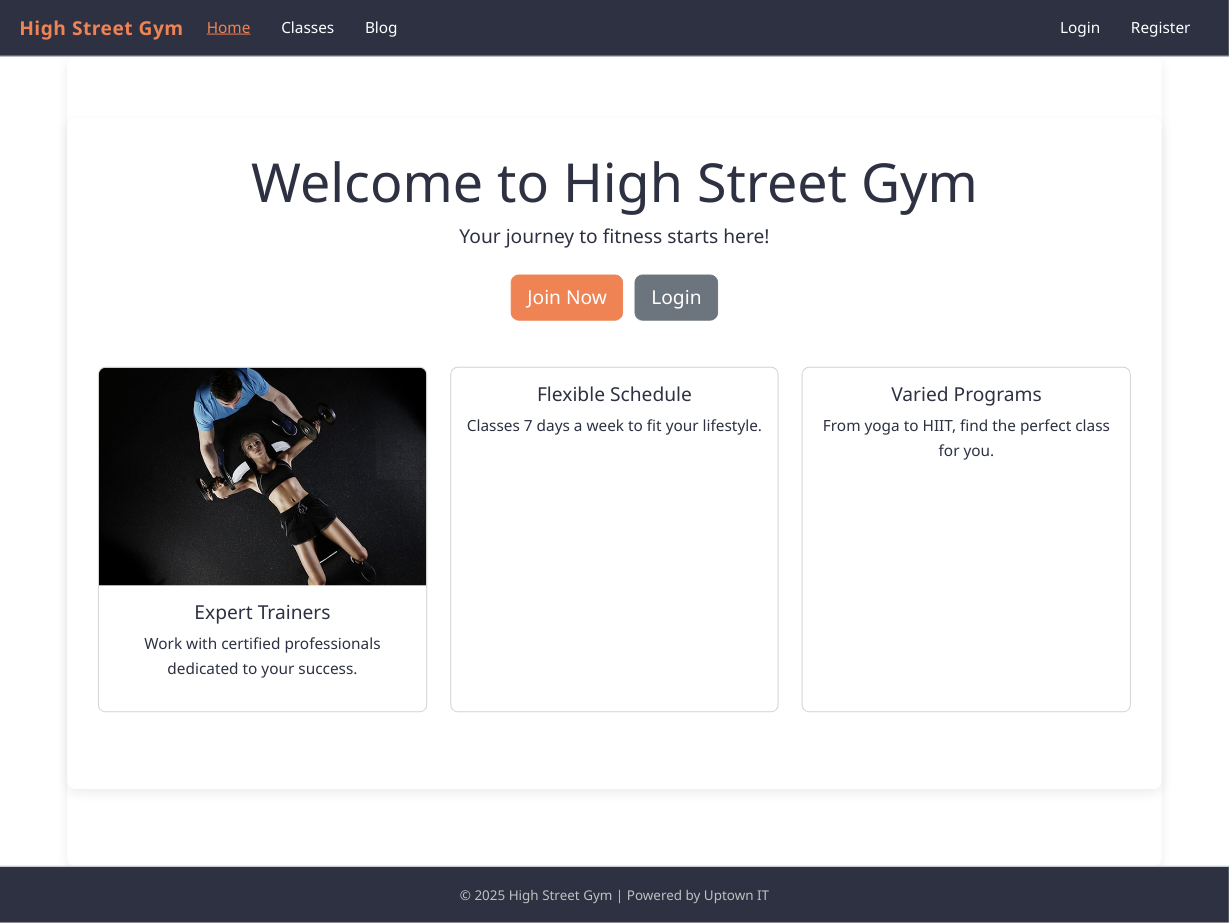
Repository: HBDSolutions/highstreetgym
Page: http://localhost/highstreetgym/controllers/content/home_controller.php
The author's editor kept a copy of each file at every save. The page is drawn from the files as they stood at one save, then again after the next save.
The browser window is 1280 px wide. The pictures show the whole page, at 96% of full size.
The page is run by PHP 8.4 with error messages shown; the project is at /var/www/html/.

Above is the page before, as saved 2025-11-07 16:42:40.

### controllers/content/home_controller.php
<?php
// HOME CONTROLLER
// PURPOSE: Loads Home page and selects layout based on user role

// START SESSION
if (session_status() === PHP_SESSION_NONE) {
    session_start();
}

// READ AUTH STATE FROM SESSION (no DB calls here)
$isLoggedIn = !empty($_SESSION['user_id']);
$userType   = $isLoggedIn ? ($_SESSION['user_type'] ?? 'member') : 'guest';
$userName   = $isLoggedIn ? trim(($_SESSION['first_name'] ?? '').' '.($_SESSION['last_name'] ?? '')) : '';

// VIEW VARIABLES REQUIRED BY LAYOUT
$pageTitle   = 'Home';
$contentView = __DIR__ . '/../../views/content/home.php';

// VIEW DATA FOR home.php (dumb view uses these)
$welcomeMessage   = $isLoggedIn && $userName !== '' ? "Welcome back, {$userName}" : 'Welcome to High Street Gym';
$showGuestButtons = !$isLoggedIn;
$showMemberButtons= $isLoggedIn && $userType === 'member';

// SELECT LAYOUT CONTROLLER (thin; they include base_layout.php themselves)
if ($userType === 'admin') {
    require __DIR__ . '/../layouts/admin_layout.php';
} elseif ($isLoggedIn) {
    require __DIR__ . '/../layouts/member_layout.php';
} else {
    require __DIR__ . '/../layouts/public_layout.php';
}

### controllers/layouts/public_layout.php
<?php
// PUBLIC LAYOUT CONTROLLER
// PURPOSE: VALIDATES REQUIRED VARS AND RENDERS PUBLIC LAYOUT VIEW

// START SESSION
if (session_status() === PHP_SESSION_NONE) {
    session_start();
}

// INCLUDE BASE LAYOUT UTILITIES
require_once __DIR__ . '/base_layout.php';

// VALIDATE REQUIRED VIEW VARIABLES
validate_layout_requirements($pageTitle ?? '', $contentView ?? '');

// SET PAGE TITLE FOR <title>
$title = ($pageTitle ?? 'High Street Gym');

// RENDER LAYOUT VIEW (NO HTML HERE)
include __DIR__ . '/../../views/layouts/public.php';

### controllers/layouts/base_layout.php
<?php
// BASE LAYOUT

// Shared functionality for all layout controllers
// Returns all common data needed by layout controllers

// Include required models
require_once __DIR__ . '/../../models/database.php';
require_once __DIR__ . '/../../models/session.php';
require_once __DIR__ . '/../../models/navigation.php';

function init_base_layout() {
    // Start session if not already started
    if (session_status() === PHP_SESSION_NONE) {
        session_start();
    }

    // Get user authentication state
    $currentUser = get_current_user_display();

    // Prepare navigation path
    $currentPath = parse_url($_SERVER['REQUEST_URI'] ?? '/', PHP_URL_PATH) ?: '/';

    // Login modal setup
    $modalLoginError = $_SESSION['modal_login_error'] ?? null;
    unset($_SESSION['modal_login_error']);

    $showModalLoginError = !empty($modalLoginError);

    $loginModalContext = [
        'showErrorAlert' => $showModalLoginError,
        'errorMessage' => $modalLoginError ?? '',
        'formAction' => '/highstreetgym/controllers/auth/login_controller.php'
    ];

    // Return all data as an associative array
    return [
        // User authentication
        'currentUser' => $currentUser,
        'isLoggedIn' => $currentUser['is_logged_in'],
        'userId' => $currentUser['user_id'],
        'userName' => $currentUser['user_name'],
        'userEmail' => $currentUser['user_email'],
        'userType' => $currentUser['user_type'],

        // Navigation
        'currentPath' => $currentPath,

        // Login modal
        'modalLoginError' => $modalLoginError,
        'showModalLoginError' => $showModalLoginError,
        'showLoginModal' => $showModalLoginError,
        'loginModalContext' => $loginModalContext
    ];
}

// Validate required view variables

function validate_layout_requirements($pageTitle, $contentView) {
    if (empty($pageTitle)) {
        die('Error: Content controller must define $pageTitle');
    }

    if (empty($contentView) || !file_exists($contentView)) {
        die('Error: Content controller must define valid $contentView');
    }
}

?>

### models/database.php
<?php

//database connection details
$servername = "localhost";
$username = "connect_hsg";
$password = "HighStreetGym1!";
$database = "highstreetgym";

//connect to the database
try {
	//connect to the database
	$conn = new PDO("mysql:host=$servername;dbname=$database", $username,	$password);
	//set the PDO error mode to exception
	$conn->setAttribute(PDO::ATTR_ERRMODE, PDO::ERRMODE_EXCEPTION);
}
catch (PDOException $e) {
    die("Database connection failed: " . $e->getMessage());
}

// FUNCTION TO GET DATABASE CONNECTION
function get_database_connection() {
    static $connection = null;

    if ($connection === null) {
        $servername = "localhost";
        $username = "connect_hsg";
        $password = "HighStreetGym1!";
        $database = "highstreetgym";

        try {
            $connection = new PDO("mysql:host=$servername;dbname=$database", $username, $password);
            $connection->setAttribute(PDO::ATTR_ERRMODE, PDO::ERRMODE_EXCEPTION);
        } catch (PDOException $e) {
            die("Database connection failed: " . $e->getMessage());
        }
    }

    return $connection;
}

?>

### models/session.php
<?php

// SESSION MANAGEMENT FUNCTIONS

// CHECK IF USER IS LOGGED IN

function is_user_logged_in() {
    return isset($_SESSION['logged_in']) && $_SESSION['logged_in'] === true;
}

// GET USER DATA

function get_current_user_display() {
    if (!is_user_logged_in()) {
        return [
            'is_logged_in' => false,
            'user_name' => 'Guest',
            'user_type' => null,
            'user_email' => null,
            'user_id' => null
        ];
    }

    // DERIVE FULL NAME
    $firstName = $_SESSION['first_name'] ?? '';
    $lastName = $_SESSION['last_name'] ?? '';
    $fullName = trim($firstName . ' ' . $lastName);

    // FALLBACK TO USER IF NO NAME
    if (empty($fullName)) {
        $fullName = 'User';
    }

    return [
        'is_logged_in' => true,
        'user_name' => $fullName,
        'user_type' => $_SESSION['user_type'] ?? 'member',
        'user_email' => $_SESSION['user_email'] ?? '',
        'user_id' => $_SESSION['user_id'] ?? null
    ];
}

// CHECK USER PERMISSION

function user_has_permission($requiredType) {
    if (!is_user_logged_in()) {
        return false;
    }

    $userType = $_SESSION['user_type'] ?? 'member';

    // ADMINS HAVE ALL PERMISSIONS
    if ($userType === 'admin') {
        return true;
    }

    // CHECK SPECIFIC PERMISSION
    return $userType === $requiredType;
}

// REQUIRE LOGIN

function require_login($redirectAfterLogin = '') {
    if (!is_user_logged_in()) {
        $redirect = $redirectAfterLogin ?: $_SERVER['REQUEST_URI'];
        header('Location: controllers/auth/login_controller.php?msg=login_required&redirect=' . urlencode($redirect));
        exit;
    }
}

// REQUIRE SPECIFIC USER TYPE

function require_permission($requiredType) {
    require_login();

    if (!user_has_permission($requiredType)) {
        $_SESSION['error_message'] = 'You do not have permission to access this page.';
        header('Location: /highstreetgym/index.php');
        exit;
    }
}
?>

### models/navigation.php
<?php
// NAVIGATION MODEL
// PURPOSE: PROVIDES NAV STATE + ACTIVE-LINK HELPERS FOR VIEWS

// GET NAVIGATION DATA FOR VIEWS
function get_navigation_data(): array {
    // USER STATE
    $currentUser  = get_current_user_display();
    $isLoggedIn   = $currentUser['is_logged_in'] ?? false;
    $userName     = $currentUser['user_name']    ?? '';
    $userType     = $currentUser['user_type']    ?? 'guest';
    $isAdmin      = ($userType === 'admin');

    // USER FLAGS TO SHOW/HIDE NAV ITEMS
    $showMemberMenu  = $isLoggedIn;
    $showAdminMenu   = $isAdmin;
    $showLoginButton = !$isLoggedIn;

    // CURRENT PATH FOR ACTIVE-LINK DETECTION
    $currentPath = parse_url($_SERVER['REQUEST_URI'] ?? '/', PHP_URL_PATH) ?: '/';

    // LOGIN MODAL CONTEXT
    $modalLoginError = $_SESSION['modal_login_error'] ?? null;
    unset($_SESSION['modal_login_error']);
    $showLoginModal = !empty($modalLoginError);

    $loginModalContext = [
        'showErrorAlert' => $showLoginModal,
        'errorMessage'   => $modalLoginError ?? '',
        'formAction'     => '/highstreetgym/controllers/content/auth/login_controller.php'
    ];

    return [
        'isLoggedIn'       => $isLoggedIn,
        'userName'         => $userName,
        'userType'         => $userType,
        'isAdmin'          => $isAdmin,
        'showMemberMenu'   => $showMemberMenu,
        'showAdminMenu'    => $showAdminMenu,
        'showLoginButton'  => $showLoginButton,
        'currentPath'      => $currentPath,
        'showLoginModal'   => $showLoginModal,
        'loginModalContext'=> $loginModalContext
    ];
}

// ACTIVE-LINK CHECK USING EXPLICIT PATH
function is_navigation_active(string $needle, string $currentPath): string {
    return str_ends_with($currentPath, $needle) ? 'active' : '';
}

// CANONICAL HELPER CALLED BY VIEWS/PARTIALS
if (!function_exists('nav_active')) {
    function nav_active(string $needle, ?string $currentPath = null): string {
        $path = $currentPath ?? (parse_url($_SERVER['REQUEST_URI'] ?? '/', PHP_URL_PATH) ?: '/');
        return (str_ends_with($path, $needle)) ? 'active' : '';
    }
}

### views/layouts/public.php
<?php
// PUBLIC LAYOUT VIEW
// PURPOSE: RENDERS PUBLIC PAGES AND INCLUDES $contentView
?>
<!DOCTYPE html>
<html lang="en">
<head>
  <meta charset="utf-8">
  <meta name="viewport" content="width=device-width, initial-scale=1">
  <title><?= htmlspecialchars($title ?? 'High Street Gym') ?></title>
  <link href="https://cdn.jsdelivr.net/npm/bootstrap@5.3.0/dist/css/bootstrap.min.css" rel="stylesheet">
  <link rel="stylesheet" href="/highstreetgym/assets/css/style.css">
</head>
<body class="public-layout">

  <?php include __DIR__ . '/../partials/nav.php'; ?>

  <main class="container" style="padding:1rem 0 2rem;">
    <?php include $contentView; ?>
  </main>

  <?php
    $footer = __DIR__ . '/../partials/footer.php';
    if (is_file($footer)) { include $footer; }
  ?>

  <script src="https://cdn.jsdelivr.net/npm/bootstrap@5.3.0/dist/js/bootstrap.bundle.min.js"></script>
</body>
</html>

### views/content/home.php
<!-- Home Content View -->
<main class="container my-5">

    <header class="text-center mb-5">
        <h1 class="display-4"><?= $welcomeMessage ?></h1>
        <p class="lead">Your journey to fitness starts here!</p>

        <?php if ($showGuestButtons): ?>
            <div class="mt-4">
                <a href="/highstreetgym/controllers/auth/register_controller.php" class="btn btn-primary btn-lg me-2">
                    Join Now
                </a>
                <a href="/highstreetgym/controllers/auth/login_controller.php" class="btn btn-secondary btn-lg">
                    Login
                </a>
            </div>
        <?php endif; ?>

        <?php if ($showMemberButtons): ?>
            <div class="mt-4">
                <a href="/highstreetgym/controllers/content/classes_controller.php" class="btn btn-primary btn-lg me-2">
                    Browse Classes
                </a>
                <a href="/highstreetgym/controllers/content/bookings_controller.php" class="btn btn-primary btn-lg">
                    My Bookings
                </a>
            </div>
        <?php endif; ?>
    </header>

    <section class="row g-4 mb-5">
        <article class="col-md-4">
            <div class="card h-100 text-center">
                <img src="/highstreetgym/assets/img/trainers.jpg" class="card-img-top" alt="Expert Trainers">
                <div class="card-body">
                    <h2 class="h5">Expert Trainers</h2>
                    <p>Work with certified professionals dedicated to your success.</p>
                </div>
            </div>
        </article>

        <article class="col-md-4">
            <div class="card h-100 text-center">
                <div class="card-body">
                    <h2 class="h5">Flexible Schedule</h2>
                    <p>Classes 7 days a week to fit your lifestyle.</p>
                </div>
            </div>
        </article>

        <article class="col-md-4">
            <div class="card h-100 text-center">
                <div class="card-body">
                    <h2 class="h5">Varied Programs</h2>
                    <p>From yoga to HIIT, find the perfect class for you.</p>
                </div>
            </div>
        </article>
    </section>

</main>

### views/partials/footer.php
<footer class="text-center text-muted py-3 border-top">
  <small>&copy; <?= date('Y') ?> High Street Gym | Powered by Uptown IT</small>
</footer>

### assets/css/style.css
/* === High Street Gym Custom Theme === */
:root {
  /* Base brand palette */
  --hsg-primary:   #EF8354;
  --hsg-secondary: #4F5D75;
  --hsg-muted:     #BFC0C0;
  --hsg-dark:      #2D3142;
  --hsg-light:     #FFFFFF;

  /* Bootstrap variable overrides */
  --bs-body-bg: var(--hsg-light);
  --bs-body-color: var(--hsg-dark);
  --bs-primary: var(--hsg-primary);
  --bs-secondary: var(--hsg-secondary);
  --bs-success: #2ECC71;
  --bs-danger:  #E74C3C;
  --bs-warning: #F1C40F;
  --bs-info:    #3498DB;
  --bs-border-radius: .5rem;
  --bs-font-sans-serif: "Segoe UI", Roboto, "Helvetica Neue", Arial, sans-serif;
}

/* === Global layout === */
body {
  background-color: var(--bs-body-bg);
  color: var(--bs-body-color);
  line-height: 1.6;
}

h1, h2, h3, h4 {
  font-weight: 600;
  color: var(--hsg-dark);
}

/* === Navbar === */
.navbar {
  background-color: var(--hsg-dark) !important;
}
.navbar .navbar-brand {
  color: var(--hsg-primary) !important;
  font-weight: 700;
  letter-spacing: .5px;
}
.navbar .nav-link {
  color: var(--hsg-light) !important;
  margin-right: 1rem;
  transition: color .2s ease-in-out;
}
.navbar .nav-link:hover,
.navbar .nav-link.active {
  color: var(--hsg-primary) !important;
  text-decoration: underline;
}

/* === Main container card === */
main.container {
  background: var(--hsg-light);
  padding: 2rem;
  border-radius: var(--bs-border-radius);
  box-shadow: 0 4px 12px rgba(0,0,0,0.08);
}

/* === Buttons === */
.btn-primary {
  background-color: var(--hsg-primary);
  border-color: var(--hsg-primary);
}
.btn-primary:hover {
  background-color: var(--hsg-secondary);
  border-color: var(--hsg-secondary);
}

/* TILE STYLES */
.tile {
  display: inline-block;
  width: 260px;
  height: 220px;
  margin: 1rem;
  background: var(--hsg-muted);
  color: var(--hsg-dark);
  border-radius: 0.5rem;
  text-align: center;
  vertical-align: top;
  transition: transform 0.2s ease;
}

.tile a {
  display: block;
  height: 100%;
  width: 100%;
  line-height: 220px;
  font-weight: 600;
  text-decoration: none;
  color: inherit;
}

.tile:hover,
.tile a:focus-visible {
  transform: translateY(-3px);
  outline: none;
}

/* ACCESSIBLE SKIP LINK */
.skip-link { position: absolute; left: -9999px; top: auto; width: 1px; height: 1px; overflow: hidden; }
.skip-link:focus { position: static; width: auto; height: auto; margin: 0.5rem; }

/* SIMPLE LAYOUT FOR THE TILE SECTION (uses your tokens only) */
section[aria-label="Admin Imports"] {
  display: flex;
  flex-wrap: wrap;
  gap: 1rem;
  align-items: stretch;
  margin: 1rem 0 2rem;
}

/* SMALL-SCREEN TWEAK (optional) */
@media (max-width: 576px) {
  .tile { width: 100%; height: 180px; line-height: normal; }
  .tile a { line-height: 180px; }
}

/* === Tables === */
.table {
  color: var(--hsg-dark);
  border-color: var(--hsg-muted);
}
.table thead {
  background-color: var(--hsg-secondary);
  color: var(--hsg-light);
}
.table-striped tbody tr:nth-of-type(odd) {
  background-color: #f8f9fa;
}

/* === Footer === */
footer {
  background-color: var(--hsg-dark);
  color: var(--hsg-light);
  text-align: center;
  padding: 1rem 0;
}
footer small {
  color: var(--hsg-muted);
}

/* === Utility tweaks === */
a { color: var(--hsg-primary); }
a:hover { color: var(--hsg-secondary); }

.list-group-item {
  border: none;
  border-bottom: 1px solid var(--hsg-muted);
}

Loaded but not shown: views/partials/nav.php (76 lines, source omitted)

After the next save:
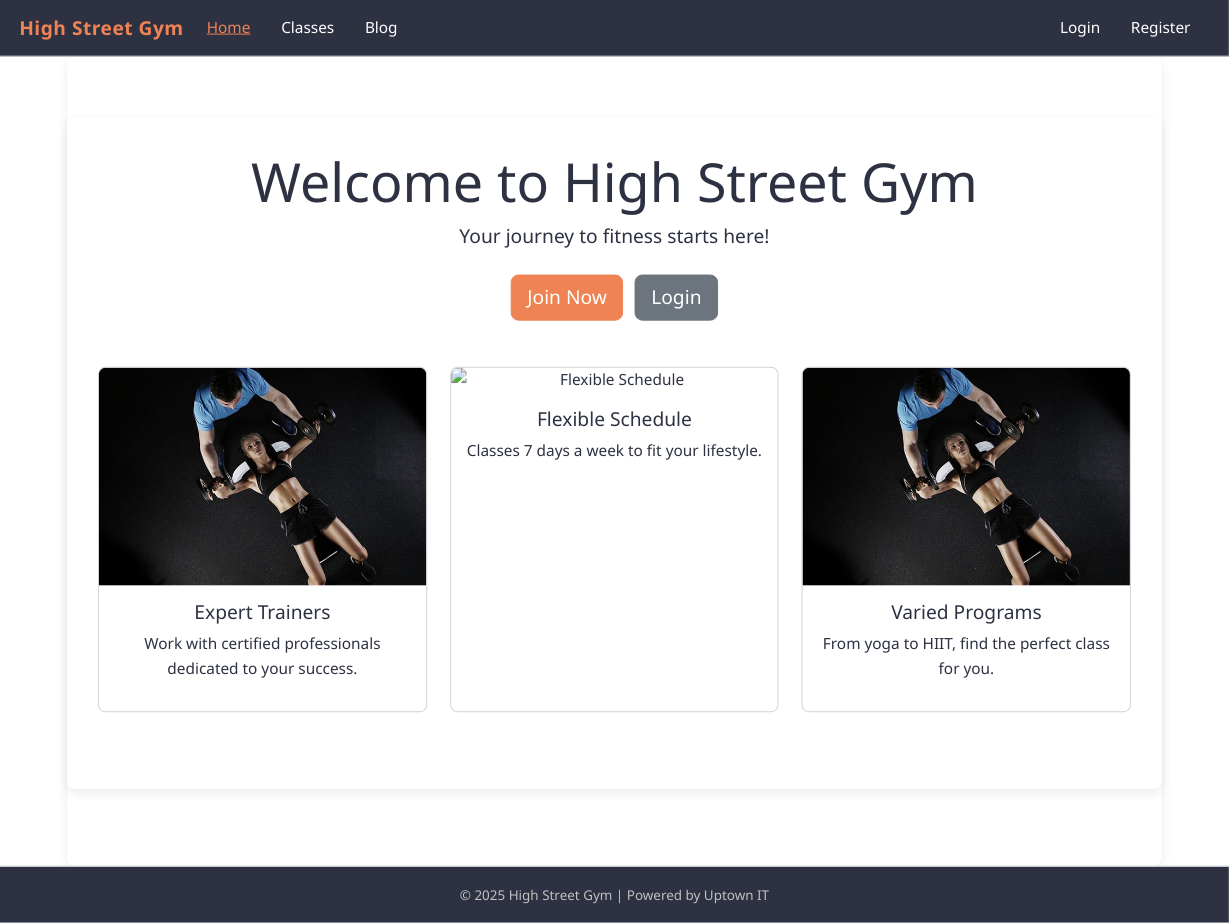
Not found: highstreetgym/assets/img/flexible_schedule.jpg
Saved 52 s later.
--- a/views/content/home.php
+++ b/views/content/home.php
@@ -41,6 +41,7 @@
 
         <article class="col-md-4">
             <div class="card h-100 text-center">
+                <img src="/highstreetgym/assets/img/flexible_schedule.jpg" class="card-img-top" alt="Flexible Schedule">
                 <div class="card-body">
                     <h2 class="h5">Flexible Schedule</h2>
                     <p>Classes 7 days a week to fit your lifestyle.</p>
@@ -50,6 +51,7 @@
 
         <article class="col-md-4">
             <div class="card h-100 text-center">
+                <img src="/highstreetgym/assets/img/trainers.jpg" class="card-img-top" alt="Varied Programs">
                 <div class="card-body">
                     <h2 class="h5">Varied Programs</h2>
                     <p>From yoga to HIIT, find the perfect class for you.</p>

After the save that followed:
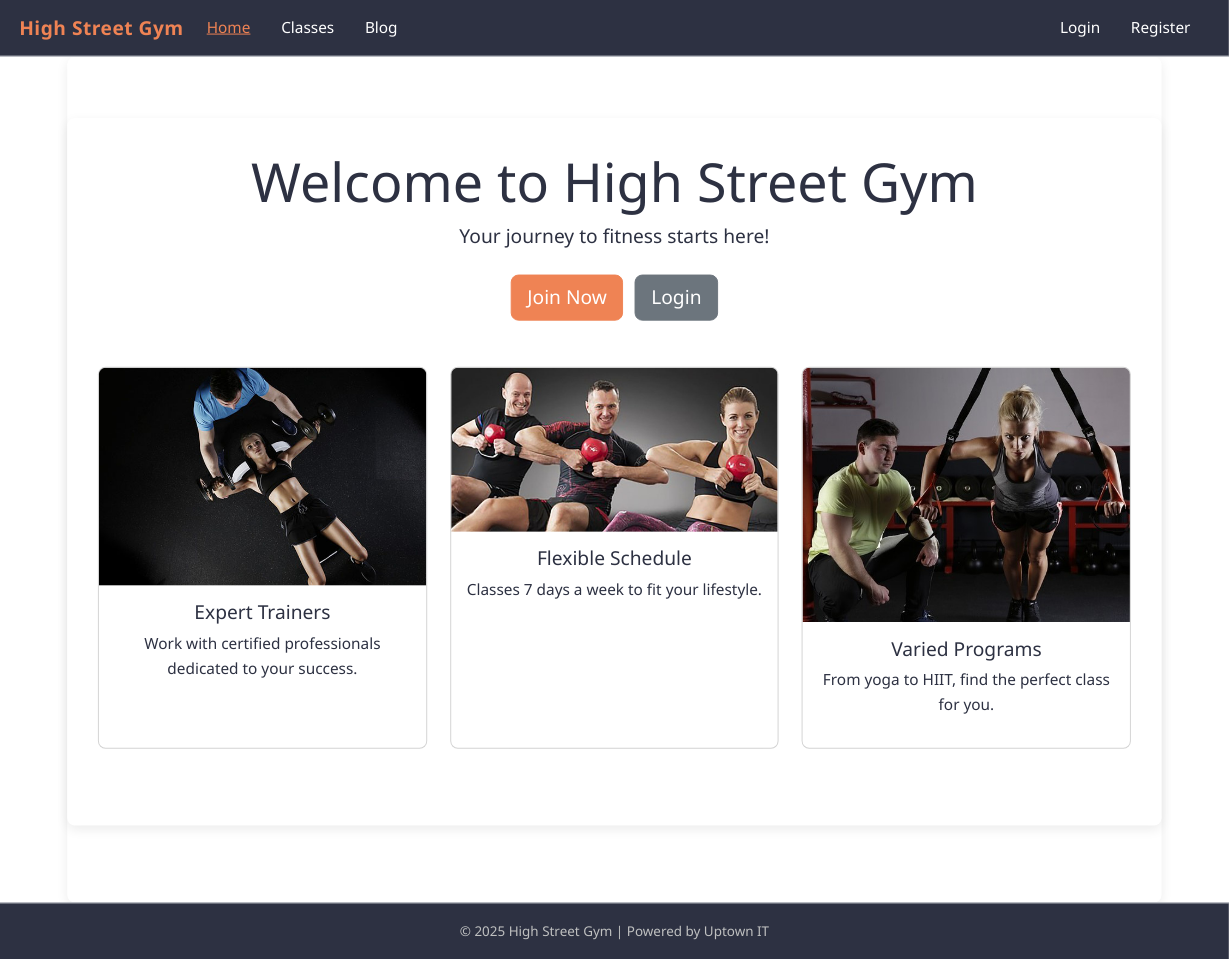
Saved 68 s later.
--- a/views/content/home.php
+++ b/views/content/home.php
@@ -41,7 +41,7 @@
 
         <article class="col-md-4">
             <div class="card h-100 text-center">
-                <img src="/highstreetgym/assets/img/flexible_schedule.jpg" class="card-img-top" alt="Flexible Schedule">
+                <img src="/highstreetgym/assets/img/schedule.jpg" class="card-img-top" alt="Flexible Schedule">
                 <div class="card-body">
                     <h2 class="h5">Flexible Schedule</h2>
                     <p>Classes 7 days a week to fit your lifestyle.</p>
@@ -51,7 +51,7 @@
 
         <article class="col-md-4">
             <div class="card h-100 text-center">
-                <img src="/highstreetgym/assets/img/trainers.jpg" class="card-img-top" alt="Varied Programs">
+                <img src="/highstreetgym/assets/img/programs.jpg" class="card-img-top" alt="Varied Programs">
                 <div class="card-body">
                     <h2 class="h5">Varied Programs</h2>
                     <p>From yoga to HIIT, find the perfect class for you.</p>
